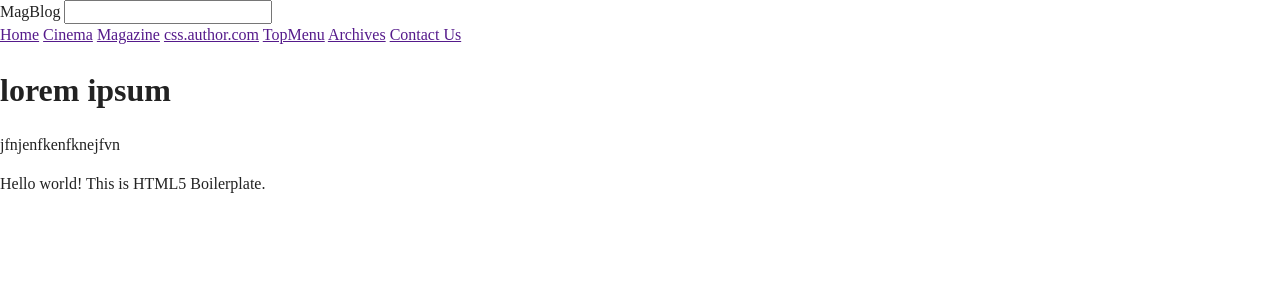
Repository: bguemos/project1lab3
Page: index.html
These files come from the project's save history. The page is drawn as it stood at one moment and after the next save; the edit follows.
The browser window is 1280 px wide. The pictures show the whole page.

Above is the page before, as saved 2023-01-17 21:26:36.

After the next save:
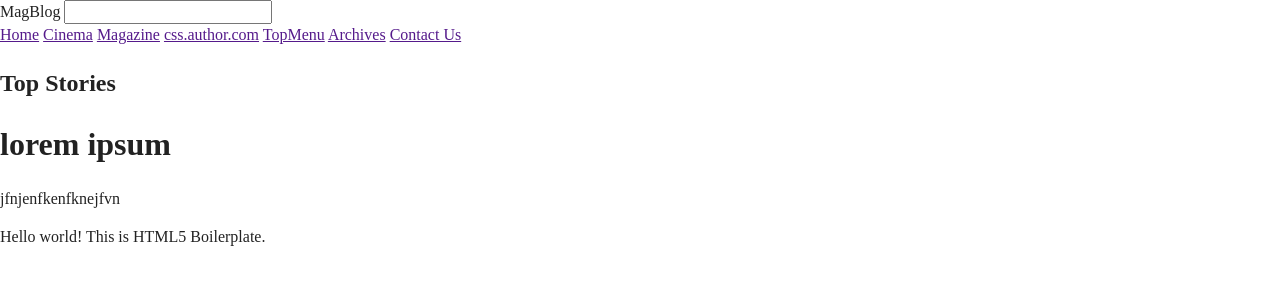
Saved 54 s later.
--- a/index.html
+++ b/index.html
@@ -40,6 +40,7 @@
 </div>
   <div class="maincontent">
     <div class="topstories">
+      <h2>Top Stories</h2>
 
     </div>
     <div class="avatar">
